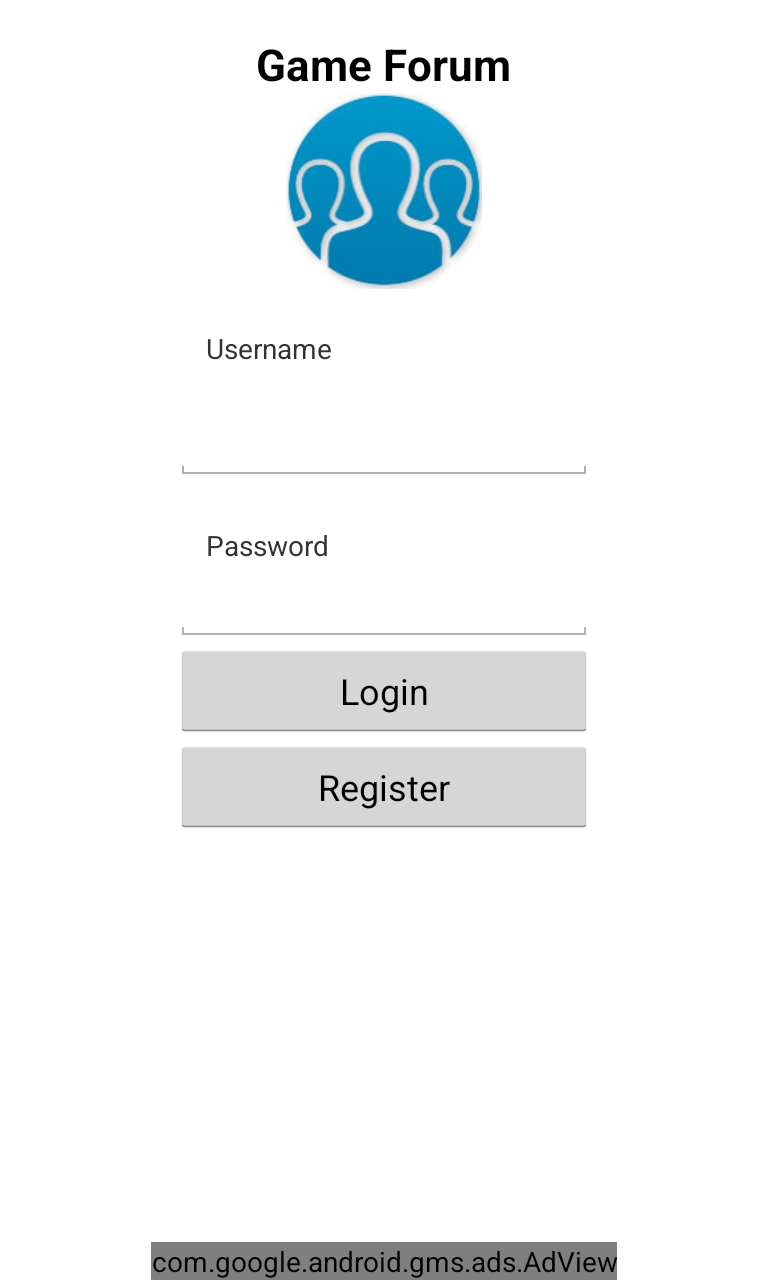
Repository: yuanpeixin/Project
Layout: GameForum/res/layout/login.xml
The author's editor kept a copy of each file at every save. The layout is drawn from the files as they stood at one save, then again after the next save.
Pictures or frames that could not be fetched are drawn as grey boxes. It is drawn on a 768 x 1280 px phone screen (xhdpi) without system bars, with theme AppTheme; the app's code is not run.

Above is the layout before, as saved 2015-10-05 02:24:47.

After the next save:
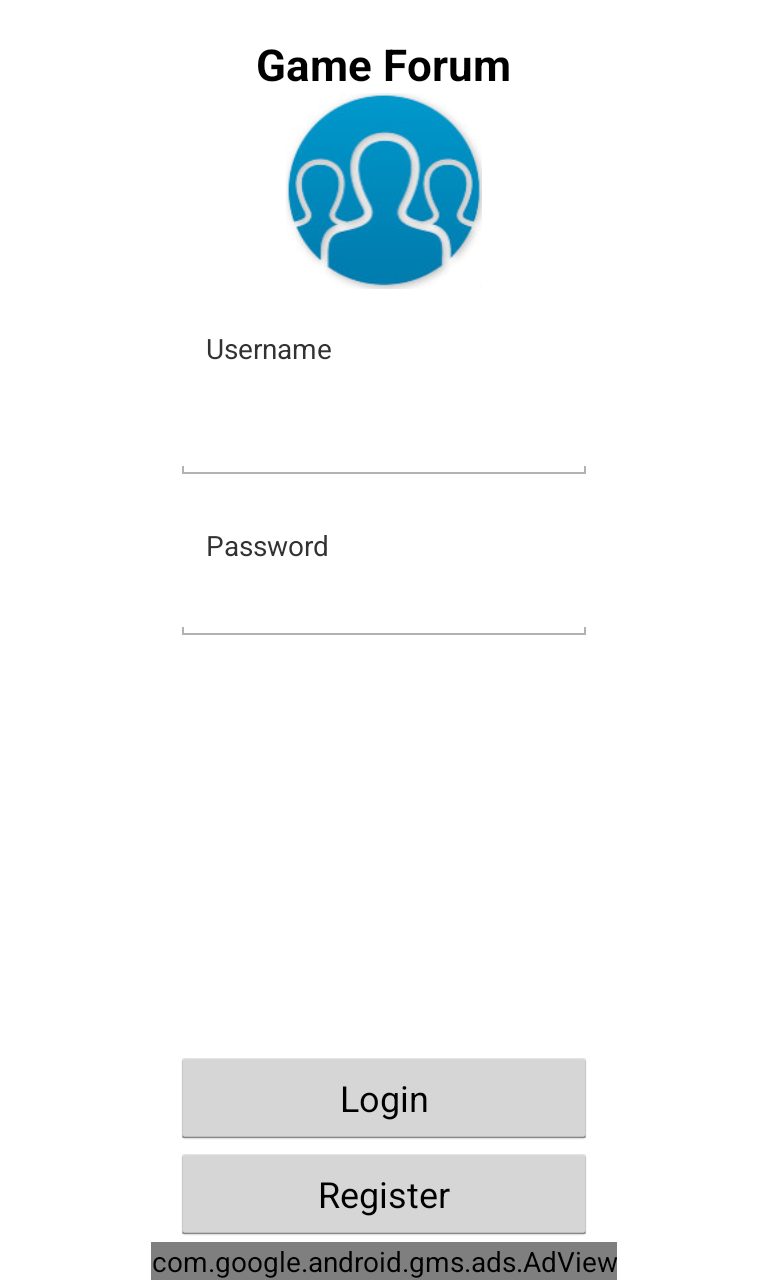
Saved 114 s later.
--- a/GameForum/res/layout/login.xml
+++ b/GameForum/res/layout/login.xml
@@ -62,24 +62,6 @@
         android:layout_marginTop="18dp"
         android:ems="10" />
 
-    <Button
-        android:id="@+id/register"
-        android:layout_width="wrap_content"
-        android:layout_height="wrap_content"
-        android:layout_alignLeft="@+id/login"
-        android:layout_alignRight="@+id/login"
-        android:layout_below="@+id/login"
-        android:text="Register" />
-
-    <Button
-        android:id="@+id/login"
-        android:layout_width="wrap_content"
-        android:layout_height="wrap_content"
-        android:layout_alignLeft="@+id/password"
-        android:layout_alignRight="@+id/username"
-        android:layout_below="@+id/password"
-        android:text="Login" />
-
     <com.google.android.gms.ads.AdView
         android:id="@+id/adView"
         android:layout_width="wrap_content"
@@ -90,4 +72,22 @@
         ads:adUnitId="@string/banner_ad_unit_id" >
     </com.google.android.gms.ads.AdView>
 
+    <Button
+        android:id="@+id/login"
+        android:layout_width="wrap_content"
+        android:layout_height="wrap_content"
+        android:layout_above="@+id/register"
+        android:layout_alignLeft="@+id/password"
+        android:layout_alignRight="@+id/username"
+        android:text="Login" />
+
+    <Button
+        android:id="@+id/register"
+        android:layout_width="wrap_content"
+        android:layout_height="wrap_content"
+        android:layout_above="@+id/adView"
+        android:layout_alignLeft="@+id/login"
+        android:layout_alignRight="@+id/username"
+        android:text="Register" />
+
 </RelativeLayout>

After the save that followed:
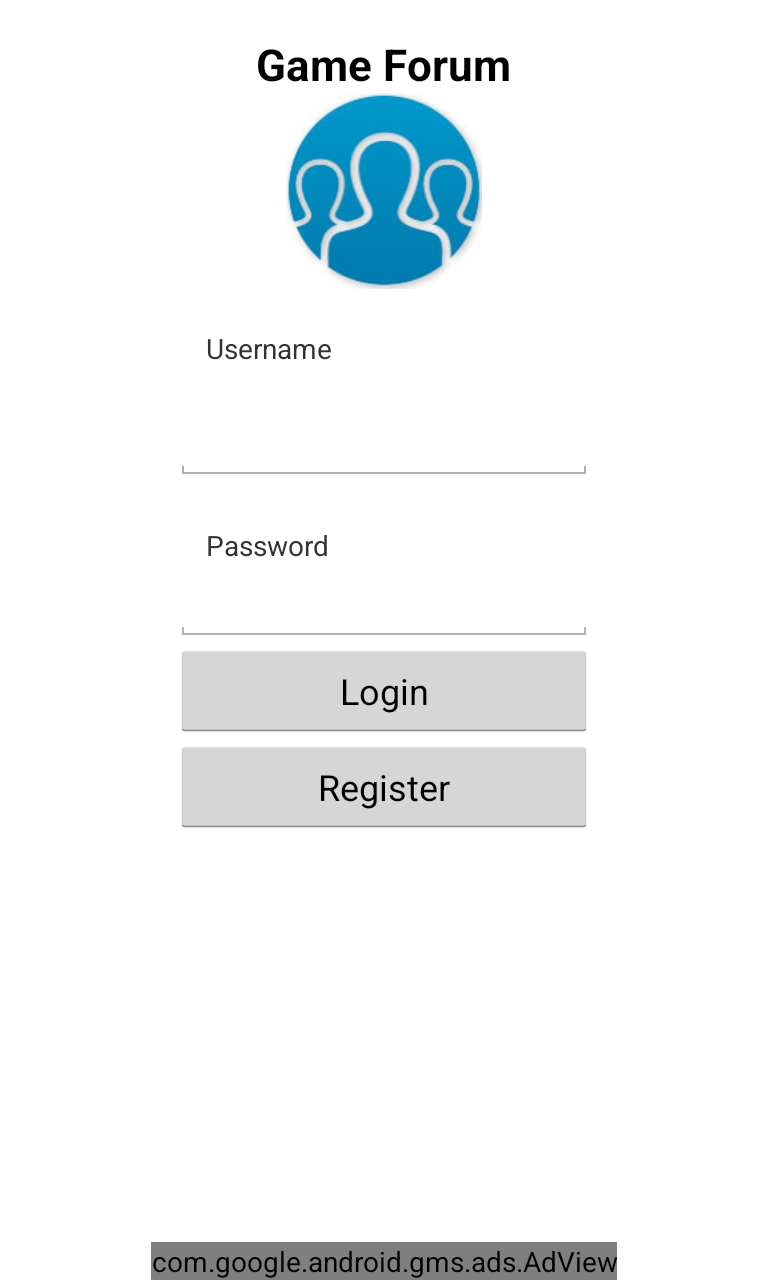
Saved 2 min 38 s later.
--- a/GameForum/res/layout/login.xml
+++ b/GameForum/res/layout/login.xml
@@ -62,6 +62,24 @@
         android:layout_marginTop="18dp"
         android:ems="10" />
 
+    <Button
+        android:id="@+id/register"
+        android:layout_width="wrap_content"
+        android:layout_height="wrap_content"
+        android:layout_alignLeft="@+id/login"
+        android:layout_alignRight="@+id/login"
+        android:layout_below="@+id/login"
+        android:text="Register" />
+
+    <Button
+        android:id="@+id/login"
+        android:layout_width="wrap_content"
+        android:layout_height="wrap_content"
+        android:layout_alignLeft="@+id/password"
+        android:layout_alignRight="@+id/username"
+        android:layout_below="@+id/password"
+        android:text="Login" />
+
     <com.google.android.gms.ads.AdView
         android:id="@+id/adView"
         android:layout_width="wrap_content"
@@ -69,25 +87,7 @@
         android:layout_alignParentBottom="true"
         android:layout_centerHorizontal="true"
         ads:adSize="BANNER"
-        ads:adUnitId="@string/banner_ad_unit_id" >
+        ads:adUnitId="ca-app-pub-3673983865885023/6245257391" >
     </com.google.android.gms.ads.AdView>
 
-    <Button
-        android:id="@+id/login"
-        android:layout_width="wrap_content"
-        android:layout_height="wrap_content"
-        android:layout_above="@+id/register"
-        android:layout_alignLeft="@+id/password"
-        android:layout_alignRight="@+id/username"
-        android:text="Login" />
-
-    <Button
-        android:id="@+id/register"
-        android:layout_width="wrap_content"
-        android:layout_height="wrap_content"
-        android:layout_above="@+id/adView"
-        android:layout_alignLeft="@+id/login"
-        android:layout_alignRight="@+id/username"
-        android:text="Register" />
-
 </RelativeLayout>
